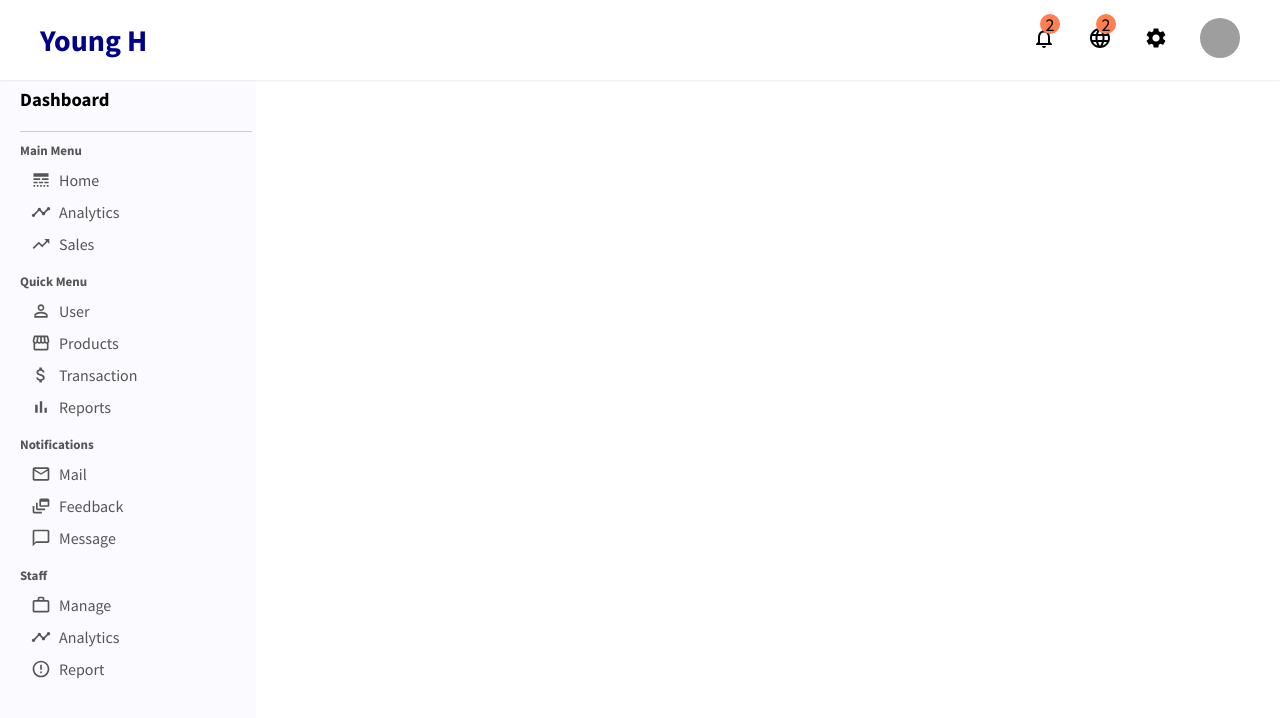
Repository: noname20011/admin
Page: /
These files come from the project's save history. The page is drawn as it stood at one moment and after the next save; the edit follows.
The browser window is 1280 px wide. The pictures show the whole page.
Pictures or frames that could not be fetched are drawn as grey boxes. The project was rebuilt for these pictures with package versions that can differ from the ones it lists, and the page was loaded fresh each time.

Above is the page before, as saved 2021-11-13 10:49:55.

After the next save:
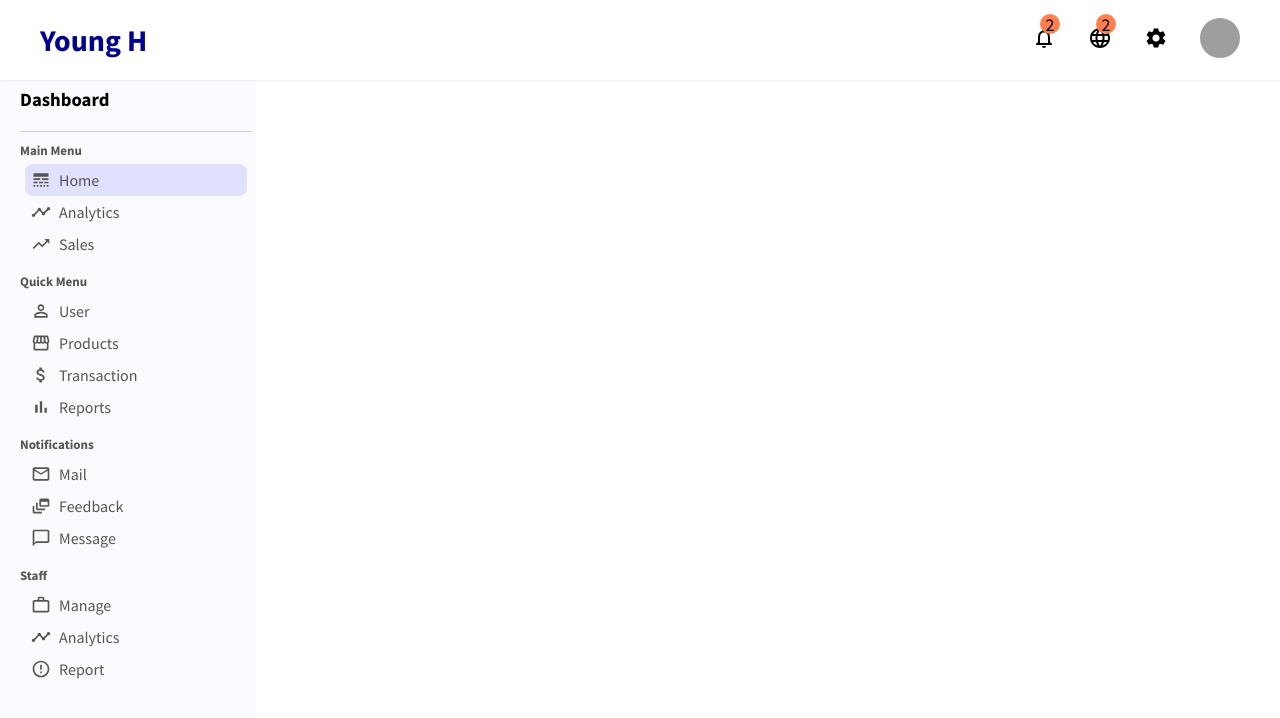
Saved 31 s later.
--- a/src/comopnents/sidebar/Sidebar.jsx
+++ b/src/comopnents/sidebar/Sidebar.jsx
@@ -9,7 +9,7 @@ export default function Sidebar() {
                 <div className="sidebarMenu">
                     <h4 className="sidebarMenuTitle">Main Menu</h4>
                     <ul className="sidebarLists">
-                        <li className="sidebarListItem">
+                        <li className="sidebarListItem active">
                             <LineStyle className="sidebarIcon"/>
                             Home
                         </li>
